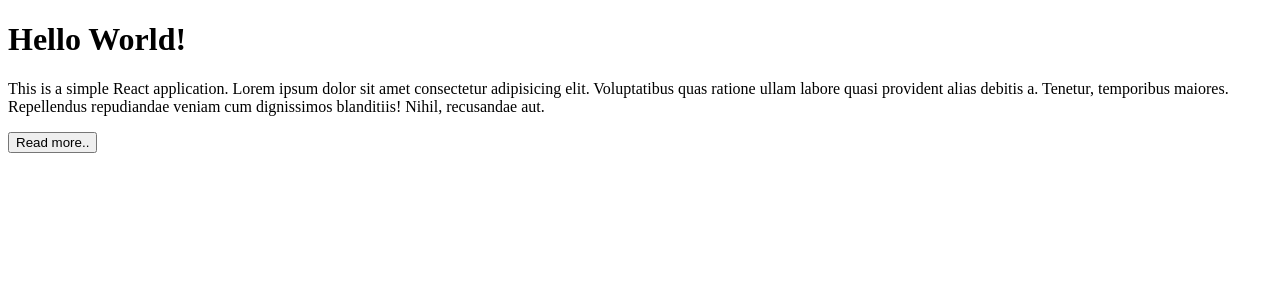
Repository: deniseada/class1
Page: /
An editor plug-in stored every save of this project. The page is shown before and after a run of saves, followed by the edit.
The browser window is 1280 px wide. The pictures show the whole page.
The project was rebuilt for these pictures with package versions that can differ from the ones it lists, and the page was loaded fresh each time. Also part of the build but not shown: vite.config.js, src/index.css.

Above is the page before, as saved 2025-09-10 13:40:20.

### index.html
<!DOCTYPE html>
<html lang="en">
  <head>
    <meta charset="UTF-8" />
    <!-- <link rel="icon" type="image/svg+xml" href="/vite.svg" />
-->
    <link rel="icon" type="image/png" href="/favicon.ico" />
    <meta name="viewport" content="width=device-width, initial-scale=1.0" />
    <title>class1-React</title>
  </head>
  <body>
    <div id="root"></div>
    <script type="module" src="/src/main.jsx"></script>
  </body>
</html>

### src/App.jsx
function App() {
  return (
    <div>
      <h1>Hello World!</h1>
      <p>
        This is a simple React application. Lorem ipsum dolor sit amet
        consectetur adipisicing elit. Voluptatibus quas ratione ullam labore
        quasi provident alias debitis a. Tenetur, temporibus maiores.
        Repellendus repudiandae veniam cum dignissimos blanditiis! Nihil,
        recusandae aut.
      </p>
      <button>Read more..</button>
    </div>
  );
}

function BlogEntry() {
  return (
    <div>
      <h2>My First Blog Entry</h2>
      <p>
        This is my first blog entry. Lorem ipsum dolor sit amet consectetur
        adipisicing elit. Voluptatibus quas ratione ullam labore quasi provident
        alias debitis a. Tenetur, temporibus maiores. Repellendus repudiandae
        veniam cum dignissimos blanditiis! Nihil, recusandae aut.
      </p>
      <button>Read more..</button>
    </div>
  );
}

export default App;

Loaded but not shown: src/main.jsx (common file)

After the next 2 saves:
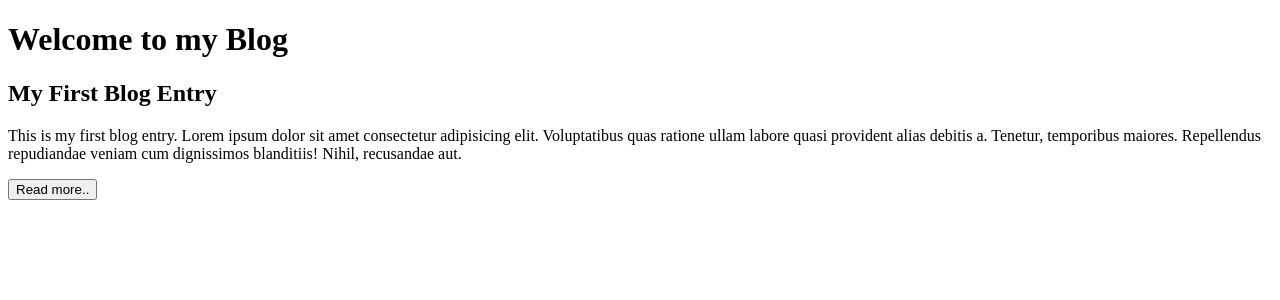
The 2 saves are shown as one change because 1 did not build or start.
The last was saved 63 s later.
--- a/src/App.jsx
+++ b/src/App.jsx
@@ -1,15 +1,8 @@
 function App() {
   return (
-    <div>
-      <h1>Hello World!</h1>
-      <p>
-        This is a simple React application. Lorem ipsum dolor sit amet
-        consectetur adipisicing elit. Voluptatibus quas ratione ullam labore
-        quasi provident alias debitis a. Tenetur, temporibus maiores.
-        Repellendus repudiandae veniam cum dignissimos blanditiis! Nihil,
-        recusandae aut.
-      </p>
-      <button>Read more..</button>
+    <div className="App">
+      <h1>Welcome to my Blog</h1>
+      <BlogEntry />
     </div>
   );
 }
